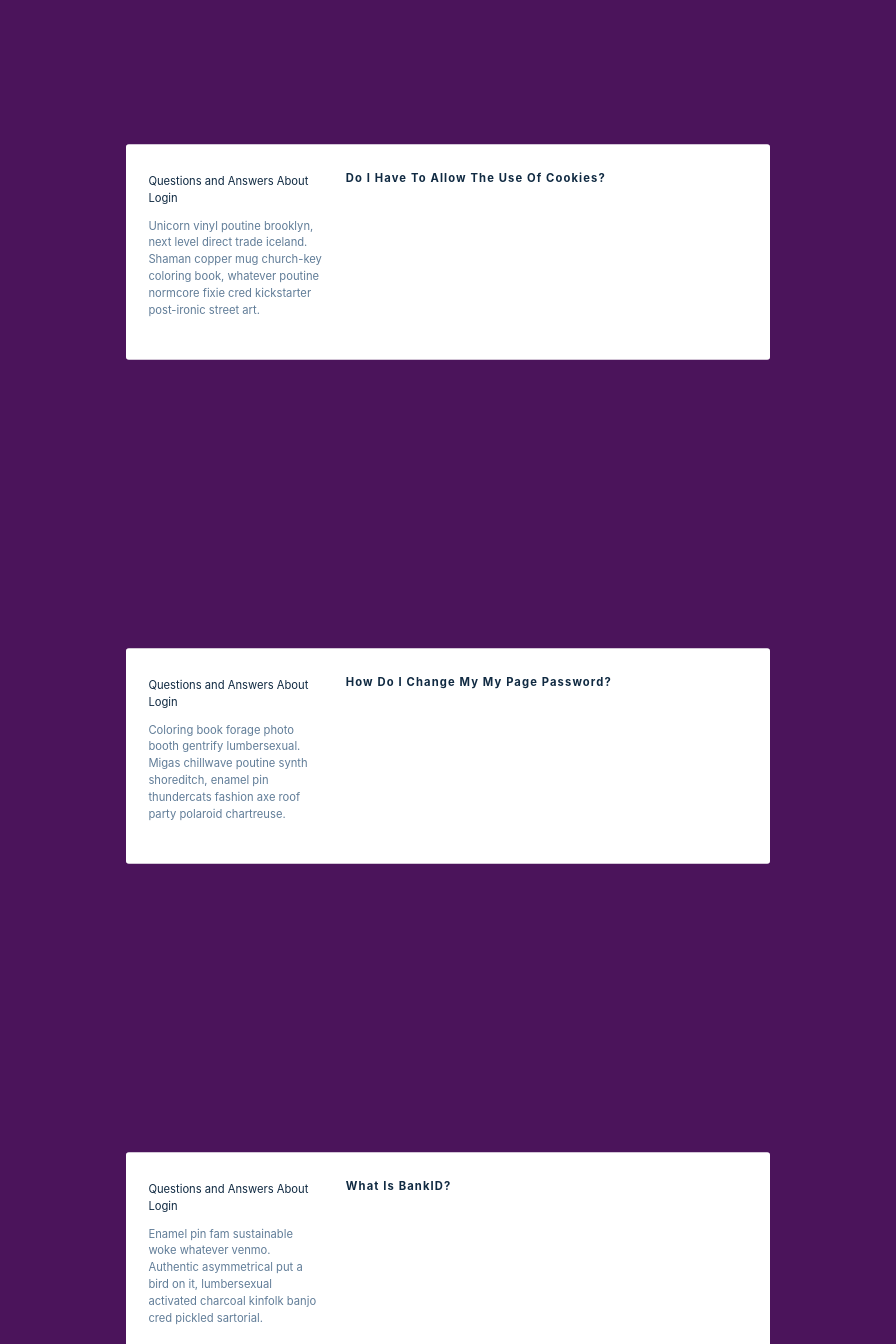
Repository: Reghanoid/Accordion
Page: /
These files come from the project's save history. The page is drawn as it stood at one moment and after the next save; the edit follows.
The browser window is 1280 px wide. The pictures show the part of the page from y = 0 to 1920 px (the page is 3600 px tall), at 70% of full size.
The project was rebuilt for these pictures with package versions that can differ from the ones it lists, and the page was loaded fresh each time.

Above is the page before, as saved 2022-06-06 14:55:09.

### src/App.js
import React, { useState } from 'react'
import data from './data'
import SingleQuestion from './Question'
function App() {
  return (
    <div>
      {data.map((datum) => (
        <SingleQuestion key={datum.id} title={datum.title} info={datum.info} />
      ))}
    </div>
  )
}

export default App

### src/data.js
const questions = [
  {
    id: 1,
    title: 'Do I have to allow the use of cookies?',
    info:
      'Unicorn vinyl poutine brooklyn, next level direct trade iceland. Shaman copper mug church-key coloring book, whatever poutine normcore fixie cred kickstarter post-ironic street art.',
  },
  {
    id: 2,
    title: 'How do I change my My Page password?',
    info:
      'Coloring book forage photo booth gentrify lumbersexual. Migas chillwave poutine synth shoreditch, enamel pin thundercats fashion axe roof party polaroid chartreuse.',
  },
  {
    id: 3,
    title: 'What is BankID?',
    info:
      'Enamel pin fam sustainable woke whatever venmo. Authentic asymmetrical put a bird on it, lumbersexual activated charcoal kinfolk banjo cred pickled sartorial.',
  },
  {
    id: 4,
    title: 'Whose birth number can I use?',
    info:
      'Edison bulb direct trade gentrify beard lo-fi seitan sustainable roof party franzen occupy squid. Knausgaard cronut succulents, scenester readymade shabby chic lyft. Copper mug meh vegan gentrify.',
  },
  {
    id: 5,
    title: 'When do I recieve a password ordered by letter?',
    info:
      'Locavore franzen fashion axe live-edge neutra irony synth af tilde shabby chic man braid chillwave waistcoat copper mug messenger bag. Banjo snackwave blog, microdosing thundercats migas vaporware viral lo-fi seitan ',
  },
]
export default questions

### src/Question.js
import React, { useState } from 'react'
import { AiOutlineMinus, AiOutlinePlus } from 'react-icons/ai'
const Question = (props) => {
  return (
    <main>
      <div className='container'>
        <header>Questions and Answers About Login</header>
        <h4> {props.title} </h4>
        <p> {props.info} </p>
      </div>
    </main>
  )
}

export default Question

Loaded but not shown: public/index.html (common file); src/index.js (common file); src/index.css (common file)

After the next save:
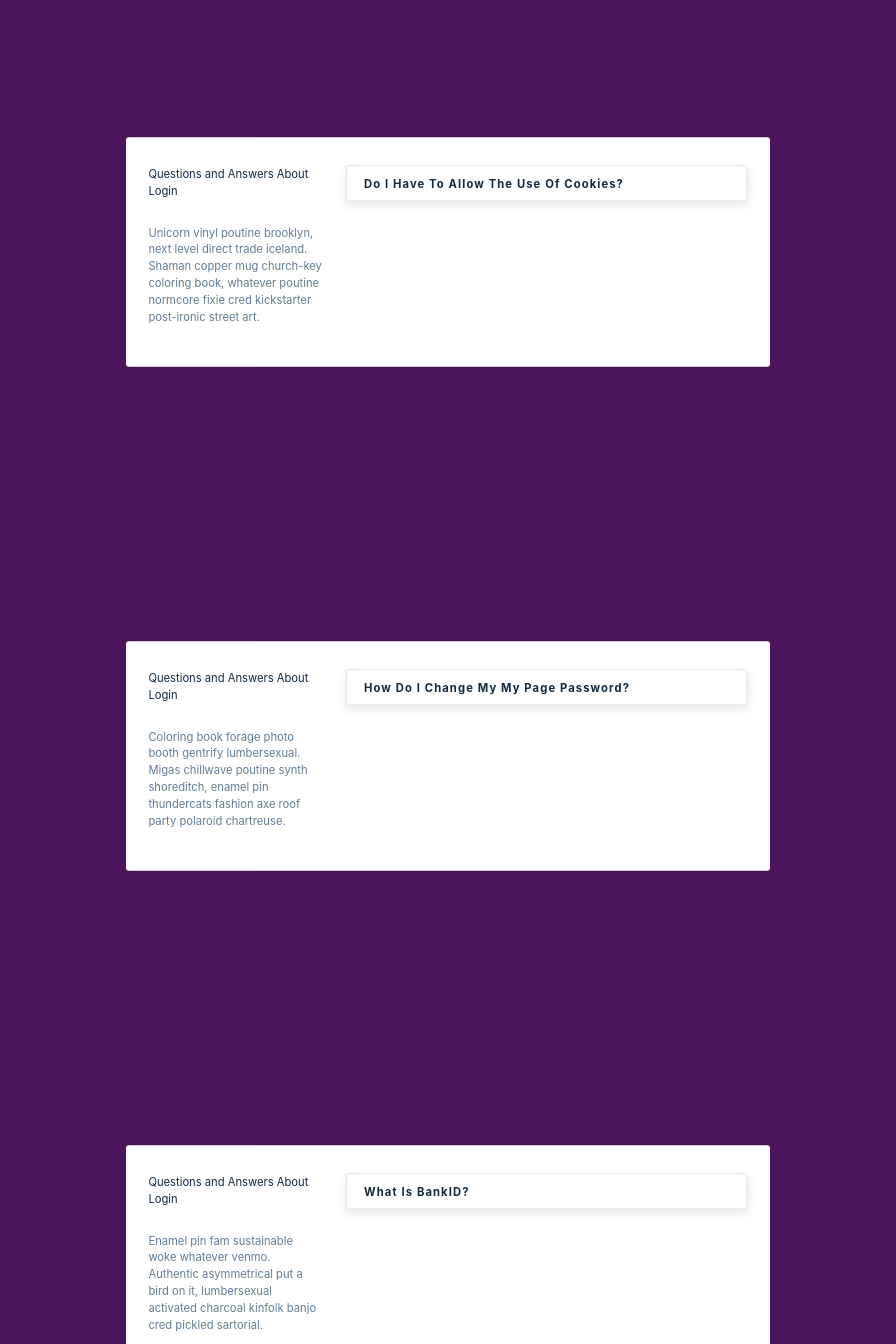
Saved 16 s later.
--- a/src/Question.js
+++ b/src/Question.js
@@ -5,7 +5,7 @@ const Question = (props) => {
     <main>
       <div className='container'>
         <header>Questions and Answers About Login</header>
-        <h4> {props.title} </h4>
+        <h4 className='question'> {props.title} </h4>
         <p> {props.info} </p>
       </div>
     </main>
